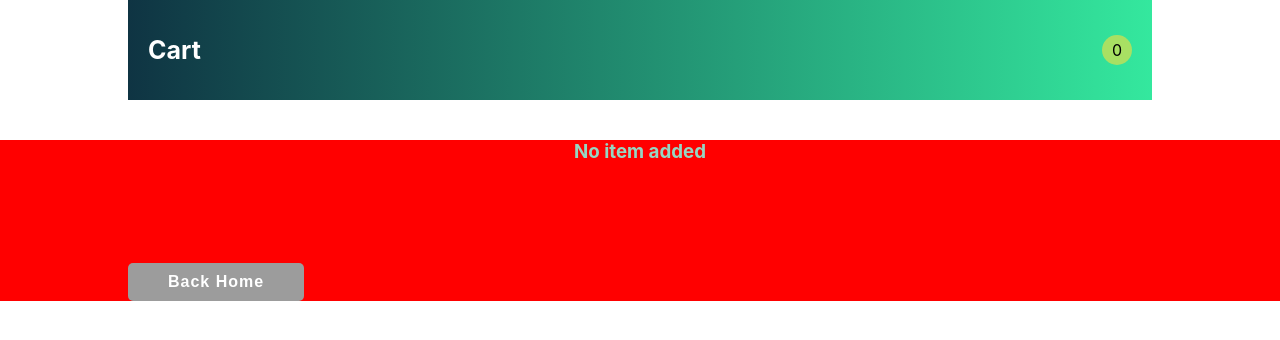
Repository: Yowani24/ecocarbon
Page: /cart
These files come from the project's save history. The page is drawn as it stood at one moment and after the next save; the edit follows.
The browser window is 1280 px wide. The pictures show the whole page.
The project was rebuilt for these pictures with package versions that can differ from the ones it lists, and the page was loaded fresh each time. The framework's server and built-in components were replaced by stand-ins that run in the browser. Also part of the build but not shown: next.config.js.

Above is the page before, as saved 2021-09-28 03:56:40.

After the next save:
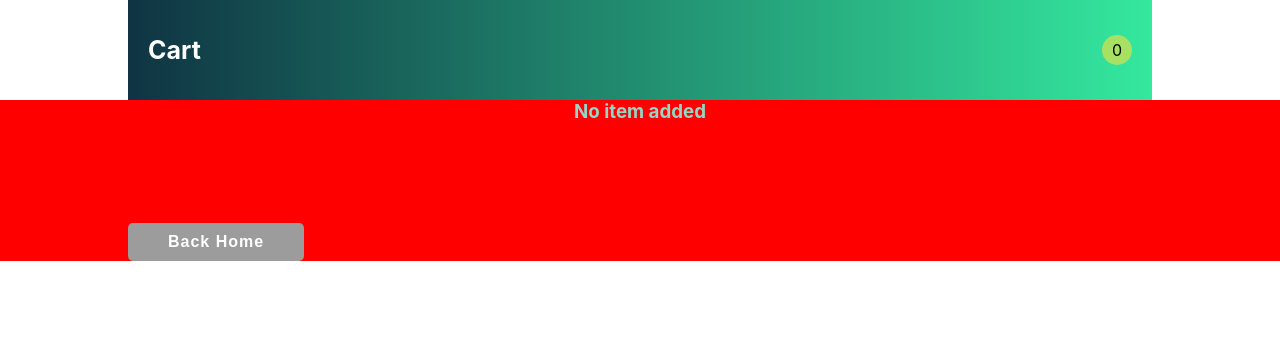
Saved 17 s later.
--- a/pages/cart/Cart.module.css
+++ b/pages/cart/Cart.module.css
@@ -48,7 +48,6 @@
     position: relative;
 }
 .boxes{
-    margin-top: 40px;
 }
 .noItemInCart{
     text-align: center;

After the 3 saves that followed:
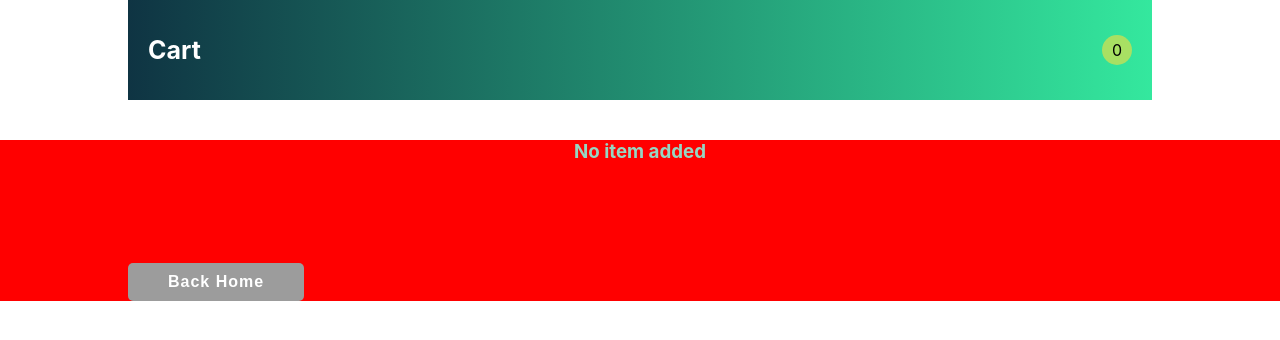
The 3 saves are shown as one change because 2 left the picture as it was.
The last was saved 92 s later.
--- a/pages/cart/Cart.module.css
+++ b/pages/cart/Cart.module.css
@@ -48,6 +48,7 @@
     position: relative;
 }
 .boxes{
+    margin-top: 40px;
 }
 .noItemInCart{
     text-align: center;
